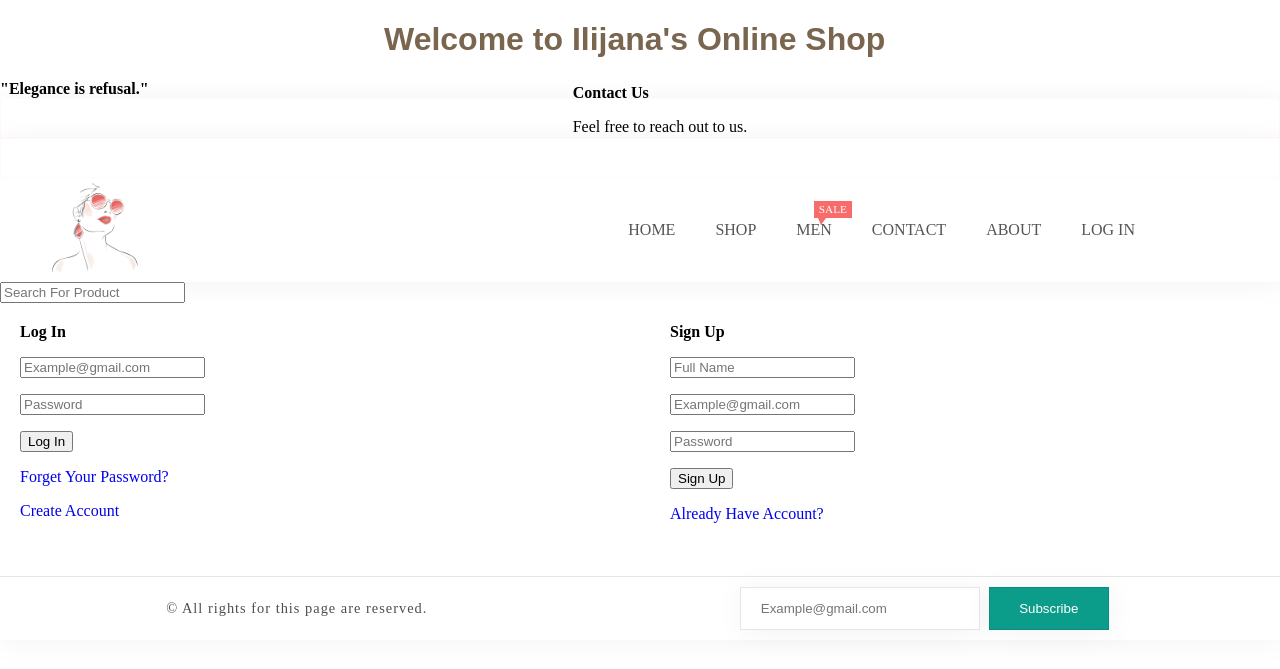
Repository: ilijana123/Proekt1
Page: html1.html
These files come from the project's save history. The page is drawn as it stood at one moment and after the next save; the edit follows.
The browser window is 1280 px wide. The pictures show the whole page.

Above is the page before, as saved 2023-11-14 13:16:42.
Console error: TypeError: Cannot read properties of null (reading 'addEventListener')

### html1.html
<!DOCTYPE html>
<html>
    <head>
    <meta charset="utf-8">
    <title>Online shop</title>
    <link rel="stylesheet" type="text/css" href="1.css">
    <script src="script.js"></script>
    </head>

    <body>
    <header>
       <h1>Welcome to Ilijana's Online Shop</h1>
       <!--Quote-->
    <blackguote>
       <Strong> "Elegance is refusal." </Strong>
    </blackguote>
    </header>

    <nav>
 <div class="social-call">
     <div class="social">
         <a href="#"><i class="fab fa-facebook-f"></i></a>
         <a href="#"><i class="fab fa-twitter"></i></a>
         <a href="#"><i class="fab fa-youtube"></i></a>
         <a href="#"><i class="fab fa-instagram"></i></a>
</div>
<div class="contact">
    <div class="contact-heading">
        <strong>Contact Us</strong>
        <p>Feel free to reach out to us.</p>
    </div>
    <div class="contact-details">
        <!-- Contact details go here -->
</div>
</div>
 </div>
 <!--Navigation-->

 <nav>
    <div class="social-call">
        <!-- Social and Contact Details -->
    </div>
    <!-- Navigation -->
    <div class="navigation">
        <a href="#" class="logo"><img src="logo.png"></a>
        <div class="toggle"></div>
        <ul class="menu">
            <li><a href="#">Home</a></li>
            <li id="shopMenu">
                <a href="#">Shop</a>
                <ul id="categoryMenu" class="hidden">
                    <li><a href="#clothes-section">Clothes</a></li>
                    <li><a href="#fashion-accessories-section">Fashion Accessories</a></li>
                    <li><a href="#shoes-section">Shoes</a></li>
                </ul>
            </li>
            <li><a href="#">Men</a>
                <span class="sale-lable">Sale</span>
            </li>
            <li><a href="#contact-section">Contact</a></li>
            <li><a href="#">About</a></li>
            <!-- Add id to Log In link -->
            <li><a href="login.html" id="loginLink">Log In</a></li>
        </ul>
    </nav>
 <div class="search-bar">
    <div class="search-input">
    <input type="text" placeholder="Search For Product" name="search" />
    <a href="javascript:void(0);" class="search-cancel">
        <i class="fas fa-times"></i>
    </a>
</div>
</div>
<!--Log-in and Sign-up form-->
 <div class="form">
    <div class="login-form">
        <a href="javascript:void(0);" class="form-cancel">
            <i class="fas fa-times"></i>
        </a>
        <strong>Log In</strong>
        <form>
            <p><input type="email" name="email" placeholder="Example@gmail.com" required/></p>
            <p><input type="password" name="password" placeholder="Password" required/></p>
            <p><input type="submit" value="Log In"/></p>
        </form>
        <div class="form-btns">
            <p><a href="#" class="forget">Forget Your Password?</a></p>
            <p><a href="javascript:void(0);" class="sign-up-btn">Create Account</a></p>
        </div>
    </div>
        <div class="sign-up-form">
        <a href="javascript:void(0);" class="form-cancel">
            <i class="fas fa-times"></i>
        </a>
            <strong>Sign Up</strong>
            <form>
                <p><input type="text" name="fullname" placeholder="Full Name" required/></p>
                <p><input type="email" name="email" placeholder="Example@gmail.com" required/></p>
                <p><input type="password" name="password" placeholder="Password" required/></p>
                <p><input type="submit" value="Sign Up"/></p>
            </form>
            <div class="form-btns">
                <a href="javascript:void(0);" class="already-account">
                    Already Have Account?</a>

            </div>
        </div>
</div>
    <footer>
        <span class="copyright">
            &copy All rights for this page are reserved.
        </span>
        <div class="subscribe">
            <form>
            <input type="email" placeholder="Example@gmail.com" required/>
            <input type="submit" value="Subscribe">
            </form>
        </div>
    </footer>
    </body>
</html>

### 1.css
.blackquote
{
    font-family:fantasy;
}
h1  {
    font-family: fantasy;
    color:rgb(122, 101, 79);
    position:relative;
    margin-left: 30%;
}

body{
    margin:0px;
    padding: 0px;
    font-family: poppins;
    background-color: #ffffff;
}
*{
    box-sizing: border-box;
}
ul{
    list-style: none;
    margin-right: 80px;
    margin-left: 40px;
    text-decoration: solid;
}
a{
    text-decoration:none;
}
nav{
    width:100%;
    box-shadow: 2px 2px 30px rgba(0,0,0,0.05);
    z-index: 100;
}
.social-call{
    height: 40px;
    border: 1px solid rgba(246, 141, 141, 0.05);
    display: flex;
    justify-content: center;
    align-items: center;
}
.social a{
    margin: 0px 5px;
    color: rgba(0,0,0,0.7);
    font-size: 0.9rem;
}
.phone{
    color: rgba(0,0,0,0.7);
    margin-left: 30px;
    font-size: 0.9rem;
}
.social a:hover{
    color: #0b9d8a;
    transition: all ease 0.3s;
}
.navigation{
    display: flex;
    justify-content: space-between;
    align-items: center;
    padding: 0px 45px;
}
.logo img{
    height: 100px;
}
.menu{
    display: flex;
}
.menu li{
    position: relative;
    margin: 20px;
    display: flex;
    text-transform: uppercase;
    font-weight: 500;
}
.menu li a{
    color: #555555;
}
.right-menu a{
    margin: 0px 10px;
    font-size: 1.2rem;
    color: rgba(0,0,0,0.7);
}
.menu a:hover,
.right-menu a:hover,
.search-cancel:hover,
.form-cancel:hover{
    color: #0b9d8a;
    transition: all ease 0.3s;
}
.sale-lable{
    width:38px;
    height: 17px;
    background-color: #f76b6a;
    color: #ffffff;
    font-weight: 400;
    display: flex;
    justify-content: center;
    align-items: center;
    font-size: 0.7rem;
    text-transform: uppercase;
    position: absolute;
    top: -20px;
    right: -20px;
}
.sale-lable:after{
    content: '';
    width:0px;
    height: 0px;
    border-bottom: 5px solid transparent;
    border-left: 3px solid transparent;
    border-top: 7px solid #f76b6a;
    border-right: 5px solid transparent;
    position: absolute;
    left: 10%;
    top: 100%;
}
.fa-shopping-cart{
    position: relative;
}
.num-cart-product{
    position: absolute;
    top: -17px;
    right: -17px;
    width:25px;
    height: 25px;
    font-size: 0.8rem;
    border-radius: 50%;
    background-color: #0b9d8a;
    color: #ffffff;
    display: flex;
    justify-content: center;
    align-items: center;
    font-weight: 400;
}
.form {
    display: flex;
}

.login-form,
.sign-up-form {
    flex: 1;
    padding: 20px; /* Прилагодете го ова според вашиот дизајн */
    box-sizing: border-box;
}

.login-form {
    margin-right: 20px; /* Опционално: Додадете меѓусебен простор */
}
.full-slider-box{
    width:100%;
    height: 65vh;
    display: flex;
    justify-content: center;
    align-items: center;
    background-size: cover;
    background-repeat: no-repeat;
    background-position: center;
}
.f-slide-1{
    background-image: url(../images/Slider_01.jpg);
}
.f-slide-2{
    background-image: url(../images/Slider_02.jpg);
}
.f-slide-3{
    background-image: url(../images/Slider_03.jpg);
}
.slider-text-container{
    width:80%;
    height: 90%;
    display: flex;
    align-items: center;
}
.f-slider-text{
    display: flex;
    flex-direction: column;
    margin-right: auto;
}
.f-slider-text strong{
    color: #333333;
    font-size: 3rem;
    line-height: 55px;
    margin-top: 10px;
    letter-spacing: 1px;
}
.f-slider-text span{
    text-transform: uppercase;
    letter-spacing: 6px;
    font-weight: 500;
    color: #666666;
    font-size: 1.2rem;
}
.f-slider-btn{
    width:170px;
    height: 40px;
    display: flex;
    justify-content: center;
    align-items: center;
    color: #ffffff;
    background-color: #0b9d8a;
    text-transform: uppercase;
    letter-spacing: 2px;
    margin-top: 14px;
}
.f-slider-text strong font{
    color: #0b9d8a;
}
.feature-heading{
    display: flex;
    justify-content: center;
    align-items: center;
}
.feature-heading h2{
    font-size: 1.2rem;
    letter-spacing: 1px;
    color: #1b1919;
    text-transform: uppercase;
    font-weight: 600;
    margin-top: 40px;
    padding: 5px 30px;
    border: 1px solid #e0e0e0;
}
.feature-box{
    width:155px;
    height: 160px;
    margin: 0px 20px;
    border-radius: 10px;
    overflow: hidden;
}
.feature-box a img{
    width:100%;
    height: 100%;
    object-fit: cover;
    object-position: center;
}
.item span{
    font-size: 1rem;
    font-weight: 600;
    margin: 5px;
    color: #444444;
}
.item{
    display: flex;
    flex-direction: column;
    justify-content: center;
    align-items: center;
}
#autoWidth{
    display: flex;
    justify-content: center !important;
    margin: 10px auto 40px auto;
}
.arrival-heading strong{
    font-size: 1.2rem;
    letter-spacing: 1px;
    color: #1b1919;
    text-transform: uppercase;
    font-weight: 600;
    margin-top: 40px;
    padding: 5px 30px;
    border: 1px solid #e0e0e0;
}
.arrival-heading{
    display: flex;
    justify-content: center;
    align-items: center;
    flex-direction: column;
}
.arrival-heading strong{
    color: #ffffff;
    background-color: #202020;
    font-weight: 500;
}
.arrival-heading p{
    color: #808080;
    margin: 10px;
    font-size: 0.9rem;
}
.product-container{
    width:90%;
    display: flex;
    justify-content: center;
    align-items: center;
    flex-wrap: wrap;
    margin-top: 20px;
}
.product-box{
    display: flex;
    flex-grow: 0.5;
    flex-direction: column;
    align-items: center;
    border: 1px solid #f7f7f7;
    border-radius: 10px;
    margin: 20px;
}
.product-img{
    width:200px;
    height: 210px;
    margin: 20px;
    cursor: pointer;
    position: relative;
}
.product-img img{
    width:100%;
    height: 100%;
    object-fit: contain;
    object-position: center;
}
.product-details{
    display: flex;
    flex-direction: column;
    align-items: center;
    width: 100%;
    padding: 10px 20px;
    border-top: 1px solid #f3f3f3;
}
.p-name{
    color: #727272;
}
.p-price{
    color: #333333;
    font-size: 1.2rem;
    font-weight: 400;
}
.product-box:hover{
    box-shadow: 2px 2px 30px rgba(0,0,0,0.1);
}
.add-cart{
    position: absolute;
    right: -20px;
    top: 10px;
    width:50px;
    height: 50px;
    border-radius: 50%;
    display: flex;
    justify-content: center;
    align-items: center;
    color: #ffffff;
    background-color: #0b9d8a;
    box-shadow: 2px 2px 30px rgba(0,0,0,0.1);
    display: none;
    animation: fade 0.3s;

}
.add-cart:hover{
    background-color: #f76b6a;
    transition: all ease 0.2s;
}
.product-box:hover .add-cart{
    display: flex;
}
.new-arrival{
    display: flex;
    flex-direction: column;
    justify-content: center;
    align-items: center;
}

.sale{
    width:95%;
    display: flex;
    justify-content: center;
    align-items: center;
    flex-wrap: wrap;
    margin: 20px auto;

}
.sale-box{
    width:280px;
    border-radius: 20px;
    margin: 20px;
    position: relative;
    flex-grow: 0.5;
}
.sale-box img{
    width:100%;
    height: 100%;
    object-fit: cover;
    object-position: center right;
}
.sale-text{
    position: absolute;
    left: 20%;
    top: 50%;
    transform: translate(-20%,-50%);
    display: flex;
    flex-direction: column;
}
.sale-box a{
    color: #1b1919;
}
.sale-text strong{
    font-size: 1.2rem;
    font-weight: 500;
    width: 80%;
    line-height: 23px;
}

.banner-box{
    width:100%;
     height: 40vh;
    margin: 20px 0px;
    display: flex;
    justify-content: center;
    align-items: center;
    background-image: url(../images/Slider_03.jpg);
    background-size: cover;
    background-repeat: no-repeat;
    background-position: center;
}

.banner-text-container{
    width:80%;
    height: 90%;
    display: flex;
    align-items: center;
}

.banner-text{
    display: flex;
    flex-direction: column;
    margin-right: auto;
}

.banner-text strong{
    color: #333333;
    font-size: 3rem;
    line-height: 55px;
    margin-top: 10px;
    letter-spacing: 1px;
}

.banner-text span{
    text-transform: uppercase;
    letter-spacing: 6px;
    font-weight: 500;
    color: #666666;
    font-size: 1.2rem;
}

.banner-btn{
    width:170px;
    height: 40px;
    display: flex;
    justify-content: center;
    align-items: center;
    color: #ffffff;
    background-color: #0b9d8a;
    text-transform: uppercase;
    letter-spacing: 2px;
    margin-top: 14px;
}
.banner-text strong font{
    color: #0b9d8a;
}
.services{
    display: flex;
    width: 90%;
    justify-content: center;
    align-items: center;
    flex-wrap: wrap;
    margin: auto;
}
.services-box{
    display: flex;
    flex-direction: column;
    justify-content: center;
    align-items: center;
    border: 1px solid rgba(0,0,0,0.1);
    min-width: 250px;
    padding: 20px;
    margin: 15px;
    flex-grow: 0.7;
}
.services-box i{
    color: #0b9d8a;
    font-size: 2rem;
    margin: 15px;
}
.services-box span{
    color: #222222;
    font-weight: 600;
    letter-spacing: 0.5px;
    font-size: 1rem;
}
.services-box p{
    color: #878787;
    margin: 0px;
    font-size: 0.9rem;
}
footer{
    display: flex;
    justify-content: space-around;
    align-items: center;
    padding: 10px;
    border-top: 1px solid rgba(0,0,0,0.1);
    flex-wrap: wrap;
    margin-top: 20px;
}
.copyright{
    font-size: 0.9rem;
    color: #4e4e4e;
    letter-spacing: 1px;
}
.subscribe input{
    width:240px;
    height: 43px;
    padding: 0px 20px;
    border: 1px solid rgba(0,0,0,0.1);
    outline: none;
    box-shadow: 2px 2px 30px rgba(0,0,0,0.05);
}
.subscribe input[type="submit"]{
    width:120px;
    background-color: #0b9d8a;
    color: #ffffff;
    margin: 0px 5px;
}
.toggle{
    display: none;
}
@media(max-width:1010px){
    nav{
        position: relative;
    }
    .navigation{
        height: 80px;
    }
    .fix-nav{
        height: 80px;
    }
    .menu{
        position: absolute;
        top: 110px;
        left: 0px;
        background-color: #ffffff;
        border-bottom: 4px solid #0b9d8a;
        width: 100%;
        padding: 0px;
        margin: 0px;
        z-index: 102;
        flex-direction: column;
        display: none;

    }
    .fix-nav .menu{
        top: 80px;
    }
    .menu li{
        width:100%;
        margin: 0px;
        padding: 0px;
    }
    .navigation .menu li a{
        width:100%;
        height: 50px;
        display: flex;
        align-items: center;
        margin: 0px;
        padding: 25px;
        border: 1px solid rgba(0,0,0,0.03);
    }
    .sale-lable{
        display: none;
    }
    .toggle{
        display: block;
    }
    .toggle:before{
        content: '\f0c9';
        font-family: fontAwesome;
        line-height: 30px;
        z-index: 1;
        cursor: pointer;
    }
    .toggle.active:before{
        content: '\f00d';
    }
    .navigation.active .menu{
        display: block;
    }
    .full-slider-box,
    .banner-box{
        height: 45vh;
    }
    .f-slider-text span,
    .banner-text span{
        font-size: 0.9rem;
    }
    .f-slider-text strong,
    .banner-text strong{
        font-size: 2rem;
        line-height: 40px;
    }
    .search-input{
        height: 60px;
    }
    .search-input input,
    .search-cancel{
        font-size: 1.4rem;
    }
    .sale-box{
        height: 200px;
    }
}
@media(max-width:600px){
    .navigation{
        padding: 10px;
    }
    .f-slider-text strong,
    .banner-text strong{
        font-size: 1.2rem;
        line-height: 25px;
    }
    .full-slider-box,
    .banner-box{
        height: 30vh;
    }
    .f-slider-text span,
    .banner-text span{
        font-size: 0.8rem;
    }
    .f-slider-btn,
    .banner-btn{
        width:120px;
        height: 30px;
        font-size: 0.8rem;
    }
    .feature-heading h2{
        font-size: 1.2rem;
    }
    .feature-box{
        width:120px;
        height: 120px;
    }
    .new-arrival strong,
    .feature-heading strong{
        font-size: 1.2rem;
    }
    .new-arrival p,
    .feature-heading p{
        font-size: 0.8rem;
        text-align: center;
    }
    .sale-box{
        width:100%;
        height: 180px;
    }
    .sale{
        width: 100%;
    }
    .services{
        width:100%;
    }
    .services-box{
        width:100%;
    }
    .copyright{
        margin: 20px 0px;
        text-align: center;
    }
    .subscribe{
        width:100%;
    }
    .subscribe form{
        flex-wrap: nowrap;
        display: flex;
        width:100%;
    }
    .subscribe input{
        width:100%;
        flex-grow: 1;
    }
    .login-form,
    .sign-up-form{
        width:90%;
    }
}
.hidden {
    display: none;
}
#shopMenu {
    position: relative;
}

#categoryMenu
{
    position: absolute;
    list-style: none;
    top: 0px;
    padding: 0;
    margin-left: 0px;
    margin-top:20px;
    background-color: white;
}

### styles1.css
.blackquote
{
    font-family:fantasy;
}
h1  {
    font-family: fantasy;
    color:rgb(122, 101, 79);
    position:relative;
    margin-left: 30%;
}

body{
    margin:0px;
    padding: 0px;
    font-family: poppins;
    background-color: #ffffff;
}
*{
    box-sizing: border-box;
}
ul{
    list-style: none;
    margin-right: 80px;
    margin-left: 40px;
    text-decoration: solid;
}
a{
    text-decoration:none;
}
nav{
    width:100%;
    box-shadow: 2px 2px 30px rgba(0,0,0,0.05);
    z-index: 100;
}
.social-call{
    height: 40px;
    border: 1px solid rgba(246, 141, 141, 0.05);
    display: flex;
    justify-content: center;
    align-items: center;
}
.social a{
    margin: 0px 5px;
    color: rgba(0,0,0,0.7);
    font-size: 0.9rem;
}
.phone{
    color: rgba(0,0,0,0.7);
    margin-left: 30px;
    font-size: 0.9rem;
}
.social a:hover{
    color: #0b9d8a;
    transition: all ease 0.3s;
}
.navigation{
    display: flex;
    justify-content: space-between;
    align-items: center;
    padding: 0px 45px;
}
.logo img{
    height: 100px;
}
.menu{
    display: flex;
}
.menu li{
    position: relative;
    margin: 20px;
    display: flex;
    text-transform: uppercase;
    font-weight: 500;
}
.menu li a{
    color: #555555;
}
.right-menu a{
    margin: 0px 10px;
    font-size: 1.2rem;
    color: rgba(0,0,0,0.7);
}
.menu a:hover,
.right-menu a:hover,
.search-cancel:hover,
.form-cancel:hover{
    color: #0b9d8a;
    transition: all ease 0.3s;
}
.sale-lable{
    width:38px;
    height: 17px;
    background-color: #f76b6a;
    color: #ffffff;
    font-weight: 400;
    display: flex;
    justify-content: center;
    align-items: center;
    font-size: 0.7rem;
    text-transform: uppercase;
    position: absolute;
    top: -20px;
    right: -20px;
}
.sale-lable:after{
    content: '';
    width:0px;
    height: 0px;
    border-bottom: 5px solid transparent;
    border-left: 3px solid transparent;
    border-top: 7px solid #f76b6a;
    border-right: 5px solid transparent;
    position: absolute;
    left: 10%;
    top: 100%;
}
.fa-shopping-cart{
    position: relative;
}
.num-cart-product{
    position: absolute;
    top: -17px;
    right: -17px;
    width:25px;
    height: 25px;
    font-size: 0.8rem;
    border-radius: 50%;
    background-color: #0b9d8a;
    color: #ffffff;
    display: flex;
    justify-content: center;
    align-items: center;
    font-weight: 400;
}
.form {
    display: flex;
}

.login-form,
.sign-up-form {
    flex: 1;
    padding: 20px; /* Прилагодете го ова според вашиот дизајн */
    box-sizing: border-box;
}

.login-form {
    margin-right: 20px; /* Опционално: Додадете меѓусебен простор */
}
.full-slider-box{
    width:100%;
    height: 65vh;
    display: flex;
    justify-content: center;
    align-items: center;
    background-size: cover;
    background-repeat: no-repeat;
    background-position: center;
}
.
footer{
    display: flex;
    justify-content: space-around;
    align-items: center;
    padding: 10px;
    border-top: 1px solid rgba(0,0,0,0.1);
    flex-wrap: wrap;
    margin-top: 20px;
}
.copyright{
    font-size: 0.9rem;
    color: #4e4e4e;
    letter-spacing: 1px;
}
.subscribe input{
    width:240px;
    height: 43px;
    padding: 0px 20px;
    border: 1px solid rgba(0,0,0,0.1);
    outline: none;
    box-shadow: 2px 2px 30px rgba(0,0,0,0.05);
}
.subscribe input[type="submit"]{
    width:120px;
    background-color: #0b9d8a;
    color: #ffffff;
    margin: 0px 5px;
}
.toggle{
    display: none;
}
@media(max-width:1010px){
    nav{
        position: relative;
    }
    .navigation{
        height: 80px;
    }
    .fix-nav{
        height: 80px;
    }
    .menu{
        position: absolute;
        top: 110px;
        left: 0px;
        background-color: #ffffff;
        border-bottom: 4px solid #0b9d8a;
        width: 100%;
        padding: 0px;
        margin: 0px;
        z-index: 102;
        flex-direction: column;
        display: none;

    }
    .fix-nav .menu{
        top: 80px;
    }
    .menu li{
        width:100%;
        margin: 0px;
        padding: 0px;
    }
    .navigation .menu li a{
        width:100%;
        height: 50px;
        display: flex;
        align-items: center;
        margin: 0px;
        padding: 25px;
        border: 1px solid rgba(0,0,0,0.03);
    }
    .sale-lable{
        display: none;
    }
    .toggle{
        display: block;
    }
    .toggle:before{
        content: '\f0c9';
        font-family: fontAwesome;
        line-height: 30px;
        z-index: 1;
        cursor: pointer;
    }
    .toggle.active:before{
        content: '\f00d';
    }
    .navigation.active .menu{
        display: block;
    }
    .full-slider-box,
    .banner-box{
        height: 45vh;
    }
    .f-slider-text span,
    .banner-text span{
        font-size: 0.9rem;
    }
    .f-slider-text strong,
    .banner-text strong{
        font-size: 2rem;
        line-height: 40px;
    }
    .search-input{
        height: 60px;
    }
    .search-input input,
    .search-cancel{
        font-size: 1.4rem;
    }
    .sale-box{
        height: 200px;
    }
}
@media(max-width:600px){
    .navigation{
        padding: 10px;
    }
    .f-slider-text strong,
    .banner-text strong{
        font-size: 1.2rem;
        line-height: 25px;
    }
    .full-slider-box,
    .banner-box{
        height: 30vh;
    }
    .f-slider-text span,
    .banner-text span{
        font-size: 0.8rem;
    }
    .f-slider-btn,
    .banner-btn{
        width:120px;
        height: 30px;
        font-size: 0.8rem;
    }
    .feature-heading h2{
        font-size: 1.2rem;
    }
    .feature-box{
        width:120px;
        height: 120px;
    }
    .new-arrival strong,
    .feature-heading strong{
        font-size: 1.2rem;
    }
    .new-arrival p,
    .feature-heading p{
        font-size: 0.8rem;
        text-align: center;
    }
    .sale-box{
        width:100%;
        height: 180px;
    }
    .sale{
        width: 100%;
    }
    .services{
        width:100%;
    }
    .services-box{
        width:100%;
    }
    .copyright{
        margin: 20px 0px;
        text-align: center;
    }
    .subscribe{
        width:100%;
    }
    .subscribe form{
        flex-wrap: nowrap;
        display: flex;
        width:100%;
    }
    .subscribe input{
        width:100%;
        flex-grow: 1;
    }
    .login-form,
    .sign-up-form{
        width:90%;
    }
}
.hidden {
    display: none;
}
#shopMenu {
    position: relative;
}

#categoryMenu
{
    position: absolute;
    list-style: none;
    top: 0px;
    padding: 0;
    margin-left: 0px;
    margin-top:20px;
    background-color: white;
}

Loaded but not shown: script.js (185 lines, source omitted)

After the next save:
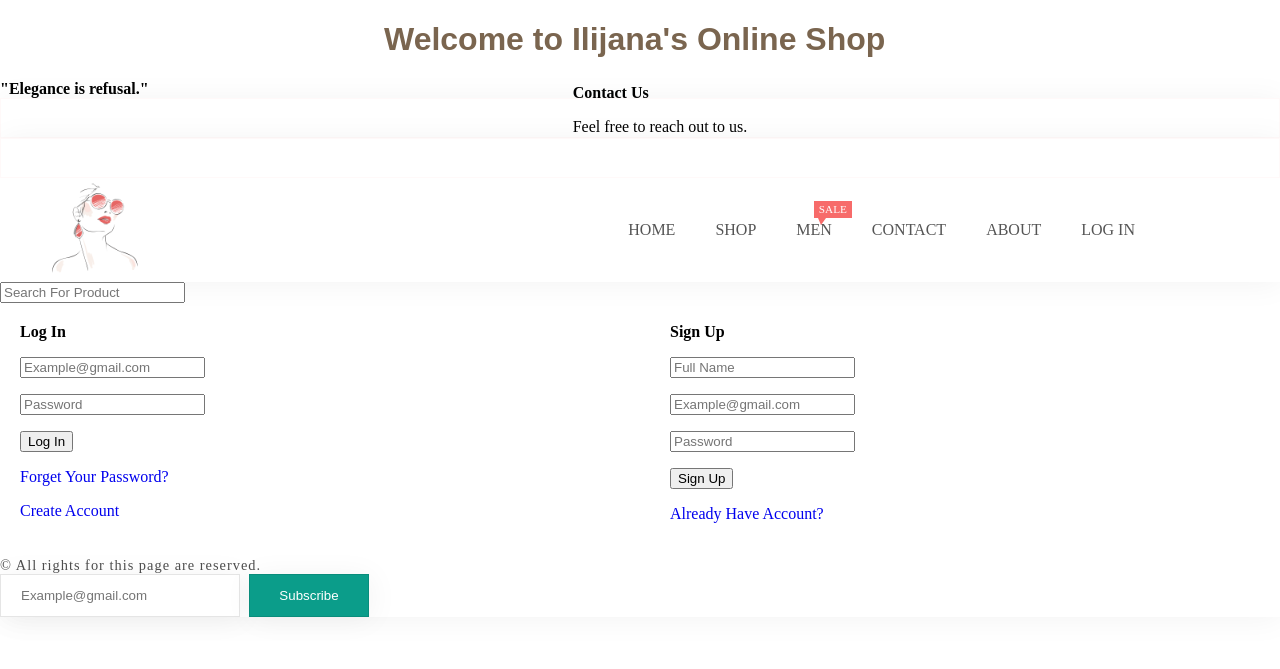
Saved 19 s later.
--- a/html1.html
+++ b/html1.html
@@ -3,7 +3,7 @@
     <head>
     <meta charset="utf-8">
     <title>Online shop</title>
-    <link rel="stylesheet" type="text/css" href="1.css">
+    <link rel="stylesheet" type="text/css" href="styles1.css">
     <script src="script.js"></script>
     </head>
 
